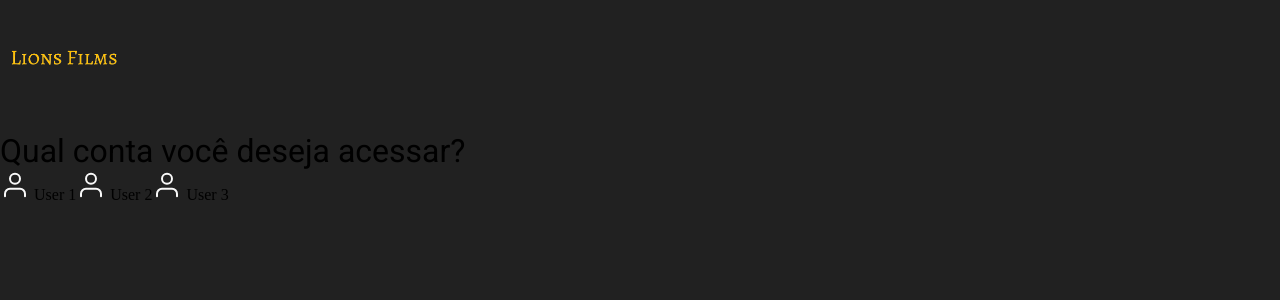
Repository: Leonngc/streaming-project
Page: index.html
These files come from the project's save history. The page is drawn as it stood at one moment and after the next save; the edit follows.
The browser window is 1280 px wide. The pictures show the whole page.
The style sheet was rebuilt from its Sass, Less or Tailwind sources for each picture, by a compiler version that may differ from the author's.

Above is the page before, as saved 2023-09-02 12:37:31.

After the next save:
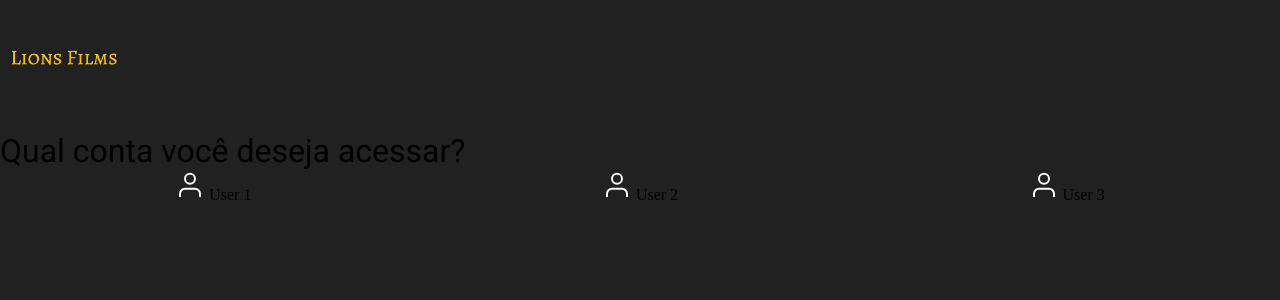
Saved 15 s later.
--- a/index.html
+++ b/index.html
@@ -12,7 +12,7 @@
     </header>
     <main>
         <h1 class="roboto f400 font-title">Qual conta você deseja acessar?</h1>
-        <div class="user-container flex align-center ">
+        <div class="user-container flex align-center justify-space-around">
             <div class="users">
                 <a href=""><img src="streaming-assets/user.svg" alt=""></a>
                 <span>User 1</span>
